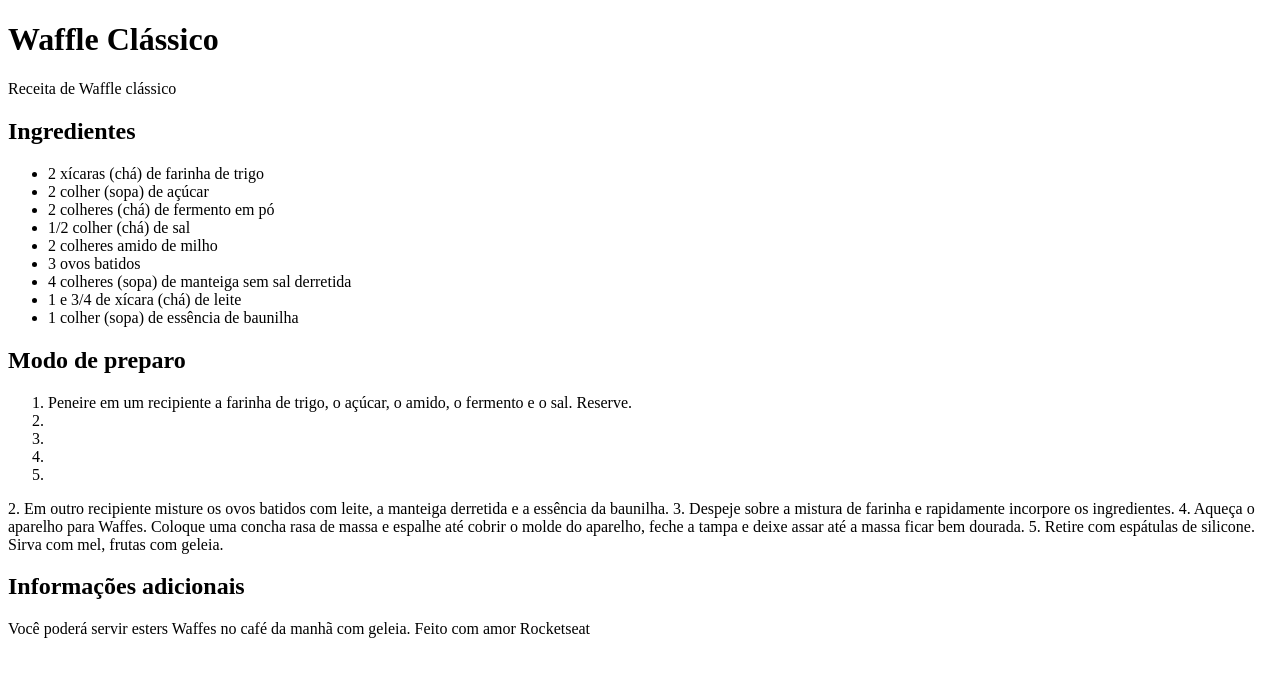
Repository: mferoc/MentoriaMais1CodeG7
Page: desafios-rocketseat-discover/Pagina_de_Receita/Página de Receita/index.html
These files come from the project's save history. The page is drawn as it stood at one moment and after a run of saves; the edit follows.
The browser window is 1280 px wide. The pictures show the whole page.

Above is the page before, as saved 2022-06-29 20:32:29.

After the next 5 saves:
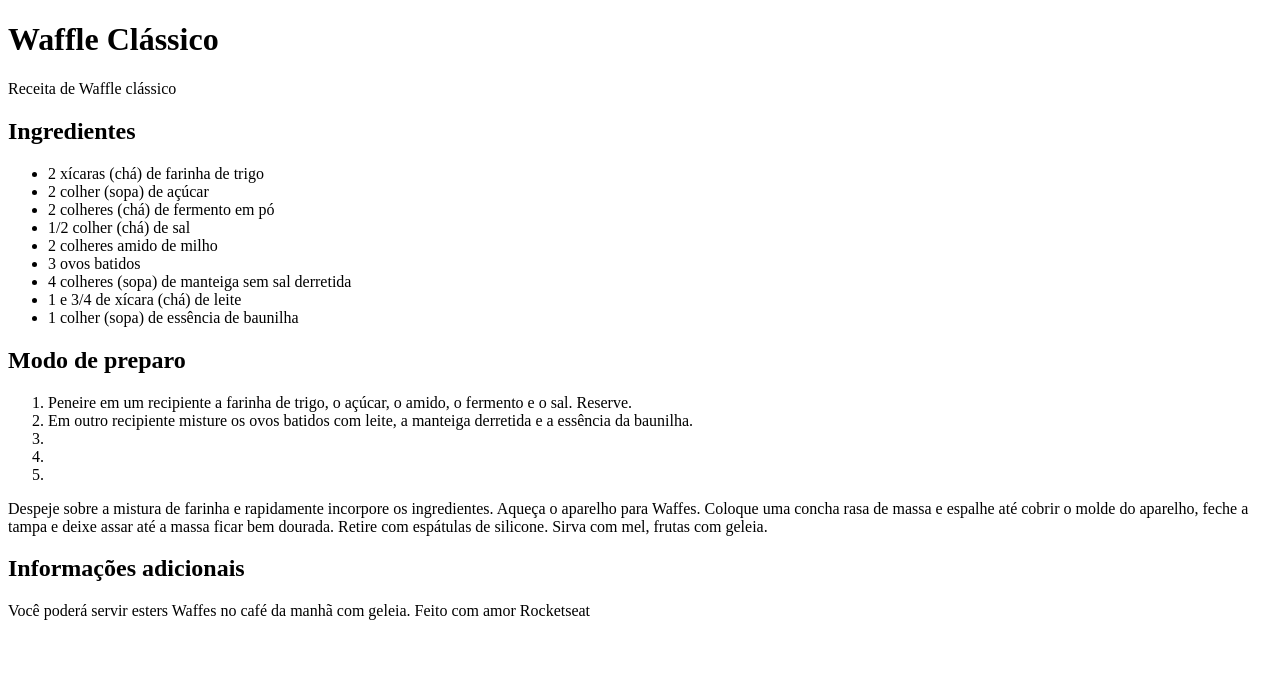
The 5 saves are shown as one change because they came seconds apart.
The last was saved 13 s later.
--- a/desafios-rocketseat-discover/Pagina_de_Receita/Página de Receita/index.html
+++ b/desafios-rocketseat-discover/Pagina_de_Receita/Página de Receita/index.html
@@ -31,16 +31,16 @@
 
 <ol>
     <li>Peneire em um recipiente a farinha de trigo, o açúcar, o amido, o fermento e o sal. Reserve.</li>
-    <li></li>
+    <li>Em outro recipiente misture os ovos batidos com leite, a manteiga derretida e a essência da baunilha.</li>
     <li></li>
     <li></li>
     <li></li>
 </ol>
 
-2. Em outro recipiente misture os ovos batidos com leite, a manteiga derretida e a essência da baunilha.
-3. Despeje sobre a mistura de farinha e rapidamente incorpore os ingredientes.
-4. Aqueça o aparelho para Waffes. Coloque uma concha rasa de massa e espalhe até cobrir o molde do aparelho, feche a tampa e deixe assar até a massa ficar bem dourada.
-5. Retire com espátulas de silicone. Sirva com mel, frutas com geleia.
+
+Despeje sobre a mistura de farinha e rapidamente incorpore os ingredientes.
+Aqueça o aparelho para Waffes. Coloque uma concha rasa de massa e espalhe até cobrir o molde do aparelho, feche a tampa e deixe assar até a massa ficar bem dourada.
+Retire com espátulas de silicone. Sirva com mel, frutas com geleia.
 
 <h2>Informações adicionais</h2>
 
